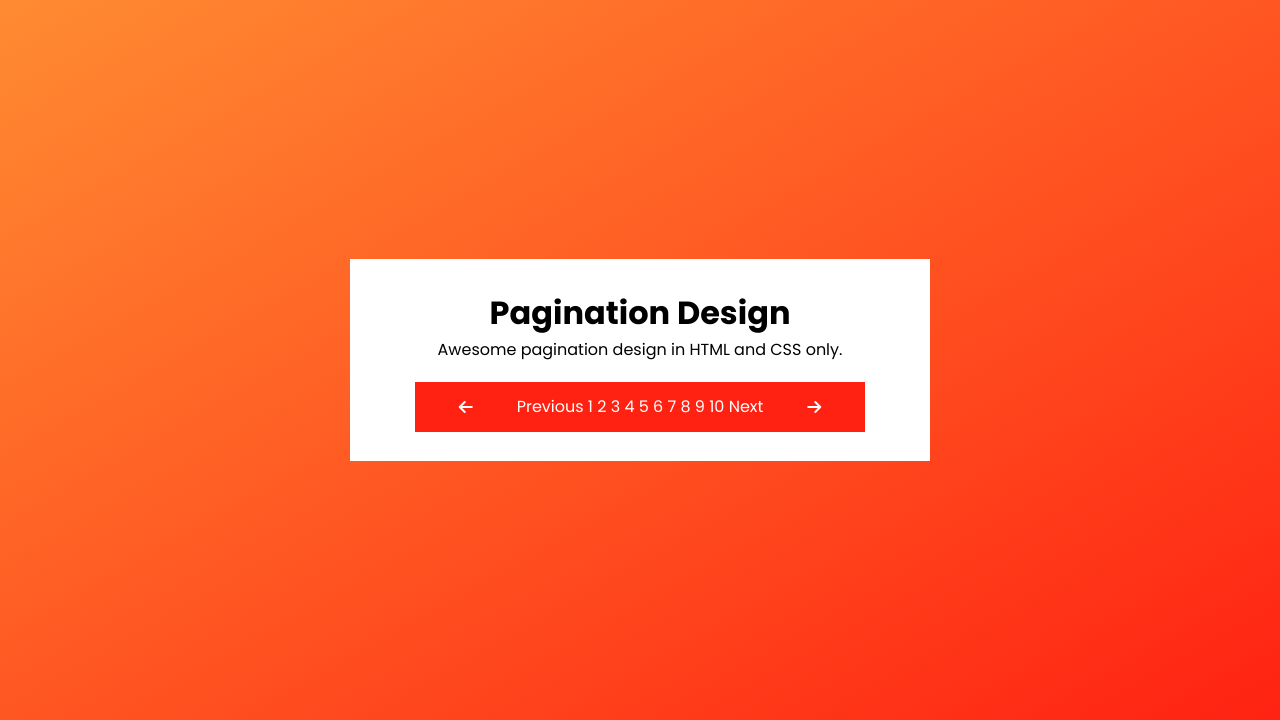
Repository: Ankitkr2021/Awesome-Pagination
Page: index.html
The author's editor kept a copy of each file at every save. The page is drawn from the files as they stood at one save, then again after the next save.
The browser window is 1280 px wide. The pictures show the whole page.

Above is the page before, as saved 2025-10-02 09:02:01.

### index.html
<!DOCTYPE html>
<html lang="en">
<head>
    <meta charset="UTF-8">
    <meta name="viewport" content="width=device-width, initial-scale=1.0">
    <title>Document</title>
    <link rel="stylesheet" href="https://cdnjs.cloudflare.com/ajax/libs/font-awesome/6.5.0/css/all.min.css">
    <link rel="stylesheet" href="./style.css">
</head>
<body>
    <div class="page">
        <h1>Pagination Design</h1>
        <p>Awesome pagination design in HTML and CSS only.</p>
        <div class="box">
             <i class="fas fa-arrow-left"></i>Previous
            1
            2
            3
            4
            5
            6
            7
            8
            9
            10
            Next <i class="fas fa-arrow-right"></i>
        </div>
    </div>
</body>
</html>

### style.css
@import url("https://fonts.googleapis.com/css2?family=Poppins:wght@300;400;500;600;700&display=swap");

*{
    margin: 0;
    padding: 0;
    box-sizing: border-box;
    font-family: "Poppins",sans-serif;
}

body{
    display: flex;
   justify-content: center;
   align-items: center;
    height: 100vh;
    width: 100%;
    background: linear-gradient(to bottom right, rgb(255, 139, 50), rgb(255, 34, 18));
}

.page{
   display: flex;
   justify-content: center;
   align-items: center;
   flex-direction: column;
   background: #fff;
   width: 580px;
   height: 202px;
}

h1 {
    padding: 0 20px;
}

p {
    margin-bottom: 20px;
}

.box {
    background: rgb(255, 34, 18);
    color: #fff;
    height: 50px;
    width: 450px;
    display: flex;
    justify-content: space-evenly;
    align-items: center;
}

After the next save:
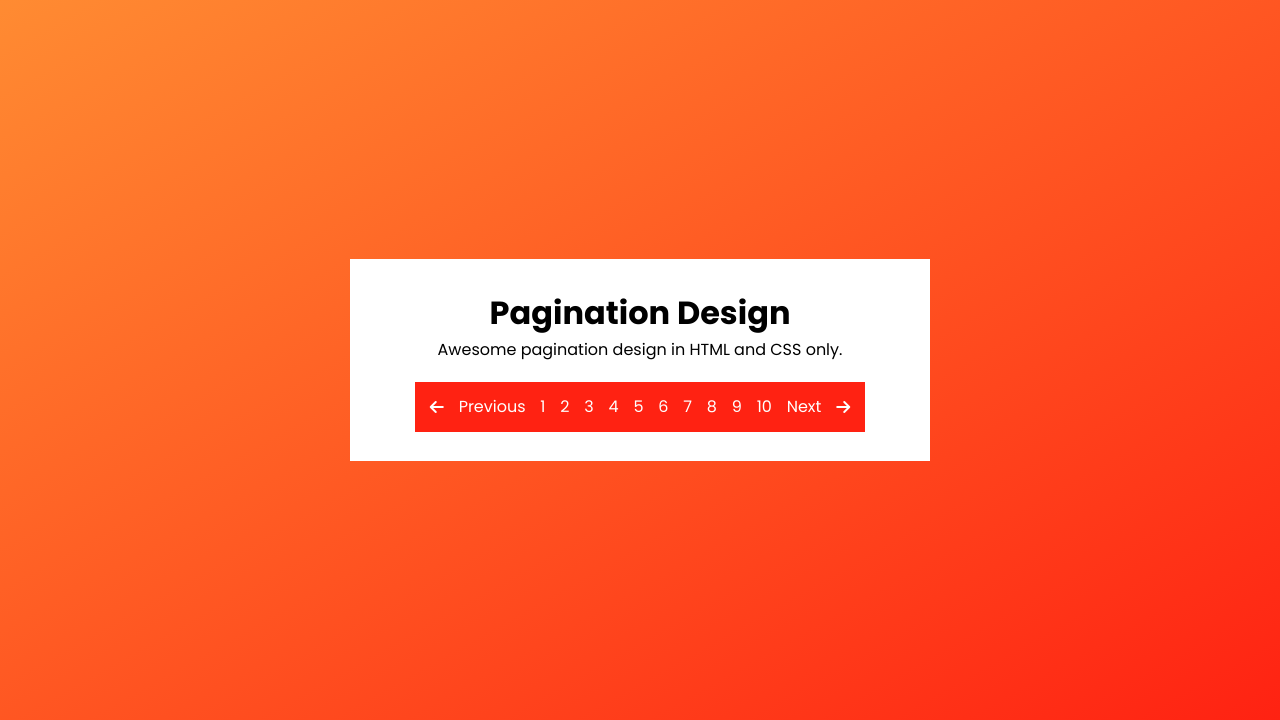
Saved 57 s later.
--- a/index.html
+++ b/index.html
@@ -13,16 +13,16 @@
         <p>Awesome pagination design in HTML and CSS only.</p>
         <div class="box">
              <i class="fas fa-arrow-left"></i>Previous
-            1
-            2
-            3
-            4
-            5
-            6
-            7
-            8
-            9
-            10
+            <div>1</div>
+            <div>2</div>
+            <div>3</div>
+            <div>4</div>
+            <div>5</div>
+            <div>6</div>
+            <div>7</div>
+            <div>8</div>
+            <div>9</div>
+            <div>10</div>
             Next <i class="fas fa-arrow-right"></i>
         </div>
     </div>
